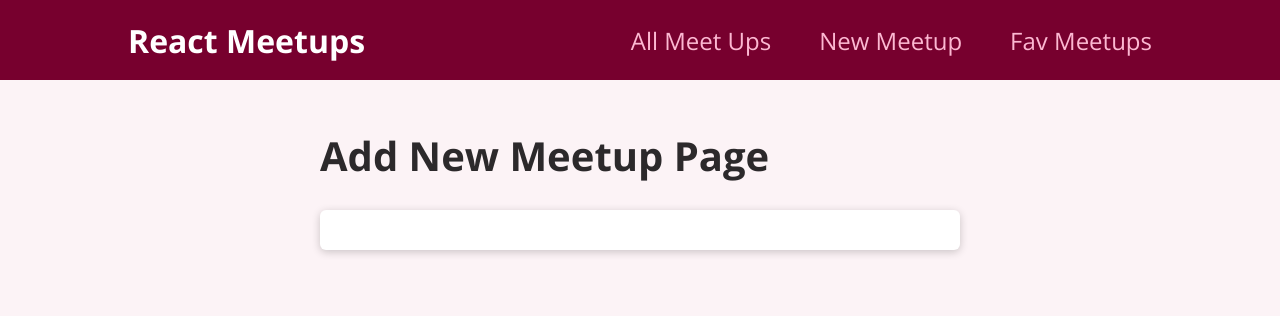
Repository: portretrieve/react-meetup-app
Page: /meet
An editor plug-in stored every save of this project. The page is shown before and after the next save, followed by the edit.
The browser window is 1280 px wide. The pictures show the whole page.
The project was rebuilt for these pictures with package versions that can differ from the ones it lists, and the page was loaded fresh each time. A package was used in the major version that the imports need, not the one package.json lists. Also part of the build but not shown: src/components/meetups/MeetupList.module.css, src/components/meetups/Meetupitem.module.css, src/components/meetups/MeetupItem.js, src/components/meetups/MeetupList.js, src/pages/AllMeetups.js, src/pages/Favourites.js.

Above is the page before, as saved 2021-08-19 01:06:07.

### src/App.js
import { Route, Switch } from "react-router-dom";

import AllMeetupsPage from "./pages/AllMeetups";
import FavouritesPage from "./pages/Favourites";
import NewMeetupPage from "./pages/NewMeetup";
import Layout from "./components/layout/Layout";

function App() {
  return (
    <Layout>
      <Switch>
        <Route path="/" exact>
          <AllMeetupsPage />
        </Route>
        <Route path="/meet">
          <NewMeetupPage />
        </Route>
        <Route path="/fav">
          <FavouritesPage />
        </Route>
      </Switch>
    </Layout>
  );
}

export default App;

### src/pages/NewMeetup.js
import NewMeetupForm from "../components/meetups/NewMeetupForm";

function NewMeetupPage() {
  return (
    <div>
      <h1>Add New Meetup Page</h1>
      <NewMeetupForm />
    </div>
  );
}

export default NewMeetupPage;

### src/components/layout/Layout.js
import classes from "./Layout.module.css";
import MainNavigation from "./MainNavigation";
function Layout(props) {
  return (
    <div>
      <MainNavigation></MainNavigation>
      <main className={classes.main}>{props.children}</main>
    </div>
  );
}

export default Layout;

### src/components/meetups/NewMeetupForm.js
import classes from "./NewMeetupForm.module.css";
import Card from "../userInterface/Card";

function NewMeetupForm() {
  return (
    <Card>
      <form className={classes.form}>
        <div className={classes.control}></div>
      </form>
    </Card>
  );
}
export default NewMeetupForm;

### src/components/layout/MainNavigation.js
import { Link } from "react-router-dom";
import classes from "./MainNavigation.module.css";

function MainNavigation() {
  return (
    <header className={classes.header}>
      <div className={classes.logo}>React Meetups</div>
      <nav>
        <ul>
          <li>
            <Link to="/">All Meet Ups</Link>
          </li>
          <li>
            <Link to="/meet">New Meetup</Link>
          </li>
          <li>
            <Link to="/fav">Fav Meetups</Link>
          </li>
        </ul>
      </nav>
    </header>
  );
}

export default MainNavigation;

### src/components/meetups/NewMeetupForm.module.css
.form {
    padding: 1rem;
}

.control {
    margin-bottom: 0.5rem;
}

.control label {
    display: block;
    font-weight: bold;
    margin-bottom: 0.5rem;
}

.control input,
.control textarea {
    display: block;
    font: inherit;
    border-radius: 4px;
    border: 1px solid #ccc;
    padding: 0.25rem;
    width: 100%;
}

.actions {
    margin-top: 1rem;
    text-align: right;
}

.actions button {
    font: inherit;
    cursor: pointer;
    background-color: #77002e;
    color: white;
    padding: 0.5rem 1.5rem;
    border: 1px solid #77002e;
    border-radius: 4px;
    font-weight: bold;
}

.actions button:hover,
.actions button:active {
    background-color: #a50e48;
    border-color: #a50e48;
}

### src/components/userInterface/Card.js
import classes from "./Card.module.css";

function Card({ children }) {
  return <div className={classes.card}>{children}</div>;
}

export default Card;

Loaded but not shown: public/index.html (common file); src/index.js (common file); src/index.css (common file); src/components/layout/Layout.module.css (common file); src/components/layout/MainNavigation.module.css (common file); src/components/userInterface/Card.module.css (common file)

After the next save:
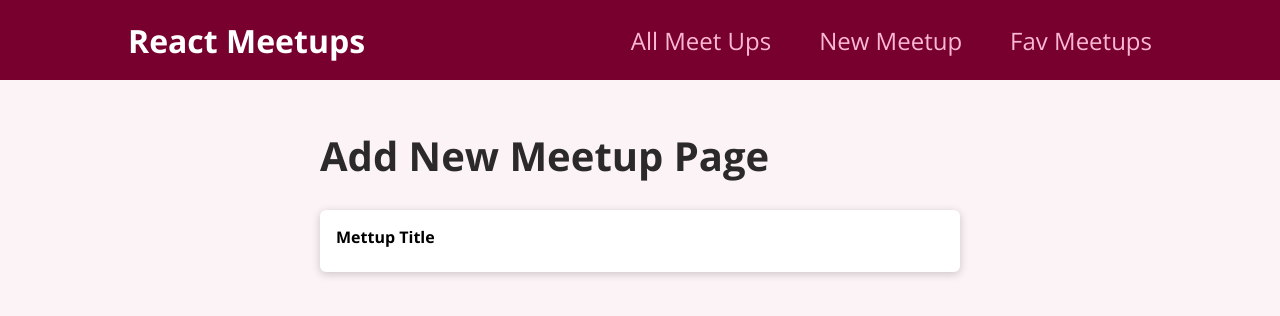
Saved 25 s later.
--- a/src/components/meetups/NewMeetupForm.js
+++ b/src/components/meetups/NewMeetupForm.js
@@ -5,7 +5,9 @@ function NewMeetupForm() {
   return (
     <Card>
       <form className={classes.form}>
-        <div className={classes.control}></div>
+        <div className={classes.control}>
+          <label htmlFor="title">Mettup Title</label>
+        </div>
       </form>
     </Card>
   );
